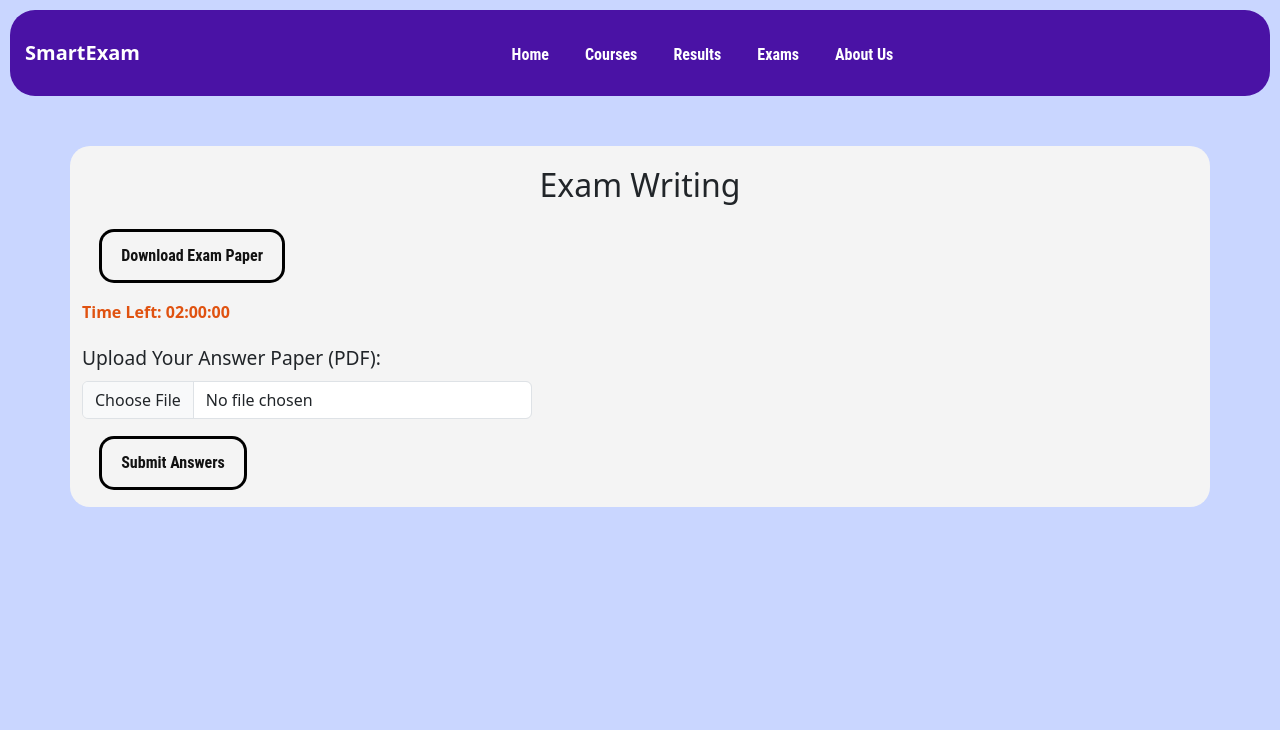
Repository: DissanayakeDA/Registration-web-app
Page: http://localhost/Online-Exam-Management-Web-App/examwrite.jsp
An editor plug-in stored every save of this project. The page is shown before and after the next save, followed by the edit.
The browser window is 1280 px wide. The pictures show the whole page.
Some web fonts or font styles are not loaded; a fallback is used. The page is served by Tomcat 9.

Above is the page before, as saved 2024-10-20 11:36:53.

After the next save:
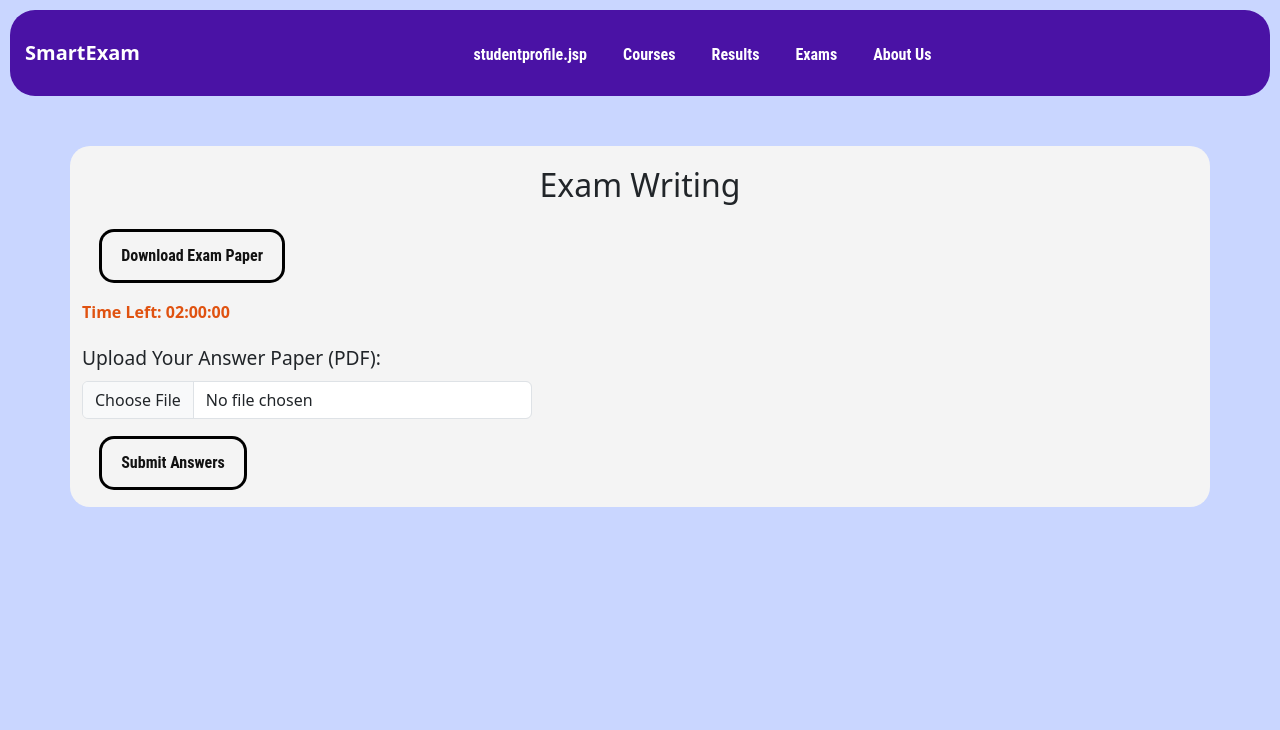
Saved 2 min 12 s later.
--- a/Online-Exam-Management-Web-App/src/main/webapp/examwrite.jsp
+++ b/Online-Exam-Management-Web-App/src/main/webapp/examwrite.jsp
@@ -494,7 +494,7 @@ img {
         </button>
         <div class="collapse navbar-collapse justify-content-between" id="navbarNav">
             <ul class="navbar-nav justify-content-center flex-grow-1">
-                <li class="nav-item"><a class="nav-link" href="#">Home</a></li>
+                <li class="nav-item"><a class="nav-link" href="#">studentprofile.jsp</a></li>
                 <li class="nav-item"><a class="nav-link" href="#">Courses</a></li>
                 <li class="nav-item"><a class="nav-link" href="#">Results</a></li>
                 <li class="nav-item"><a class="nav-link" href="#">Exams</a></li>
